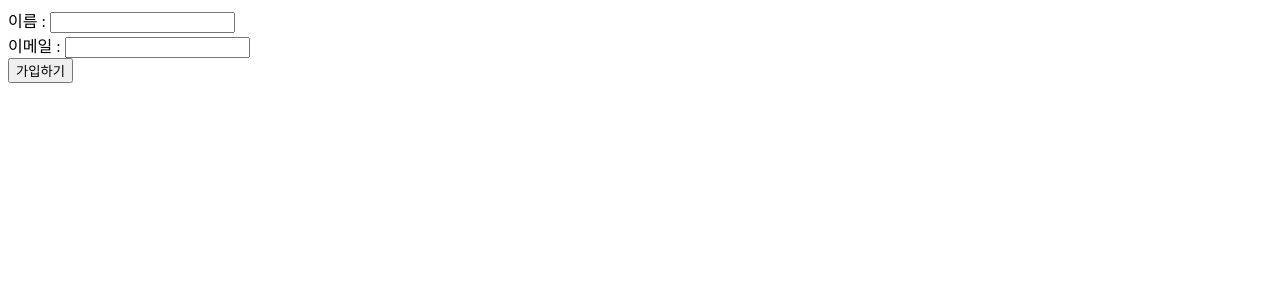
Repository: phoresis92/KITRI_JSP
Page: JSP_workspace/RequestServlet/WebContent/input.html
These files come from the project's save history. The page is drawn as it stood at one moment and after the next save; the edit follows.
The browser window is 1280 px wide. The pictures show the whole page.

Above is the page before, as saved 2018-12-18 00:50:28.

### JSP_workspace/RequestServlet/WebContent/input.html
<!DOCTYPE html>
<html>
<head>
<meta charset="UTF-8">
<title>회원 가입</title>
</head>
<body>
	<form action="reg.do" method="post">
		<label>이름 : </label><input name="p_name" type="text"><br>
		<label>이메일 : </label><input name="p_email" type="text"><br>
		<input type="submit" value="가입하기">
	</form>
</body>
</html>

After the next save:
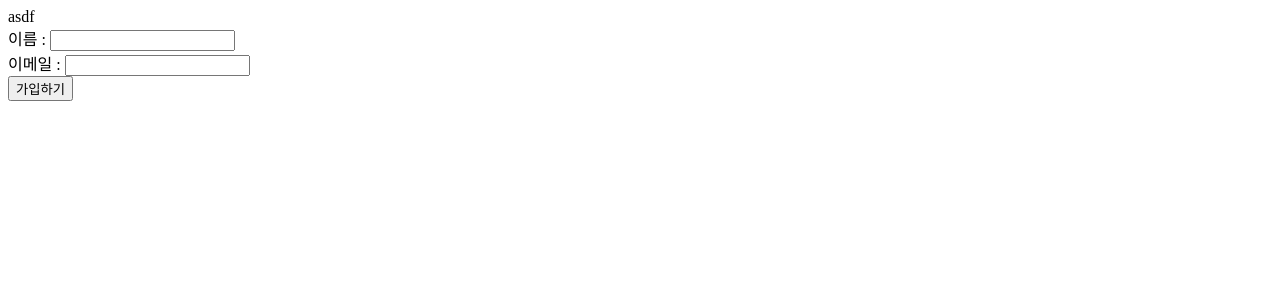
Saved 98 s later.
--- a/JSP_workspace/RequestServlet/WebContent/input.html
+++ b/JSP_workspace/RequestServlet/WebContent/input.html
@@ -5,6 +5,9 @@
 <title>회원 가입</title>
 </head>
 <body>
+
+asdf
+
 	<form action="reg.do" method="post">
 		<label>이름 : </label><input name="p_name" type="text"><br>
 		<label>이메일 : </label><input name="p_email" type="text"><br>

After the 3 saves that followed:
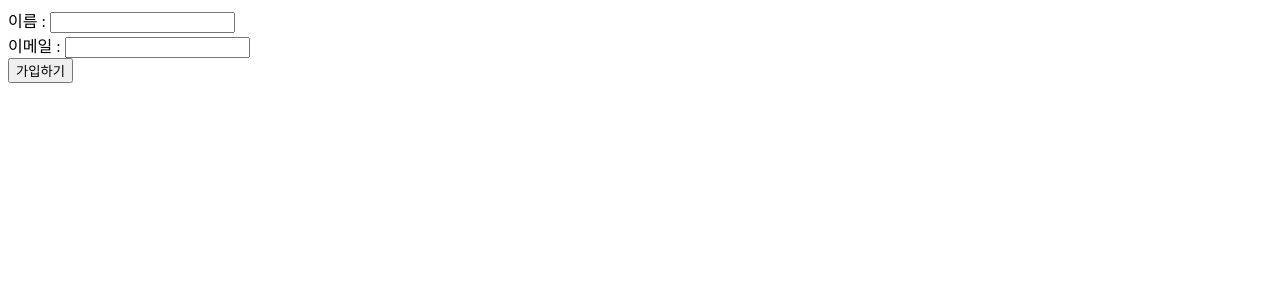
The 3 saves are shown as one change because 2 left the picture as it was.
The last was saved 5 min 3 s later.
--- a/JSP_workspace/RequestServlet/WebContent/input.html
+++ b/JSP_workspace/RequestServlet/WebContent/input.html
@@ -6,7 +6,6 @@
 </head>
 <body>
 
-asdf
 
 	<form action="reg.do" method="post">
 		<label>이름 : </label><input name="p_name" type="text"><br>
